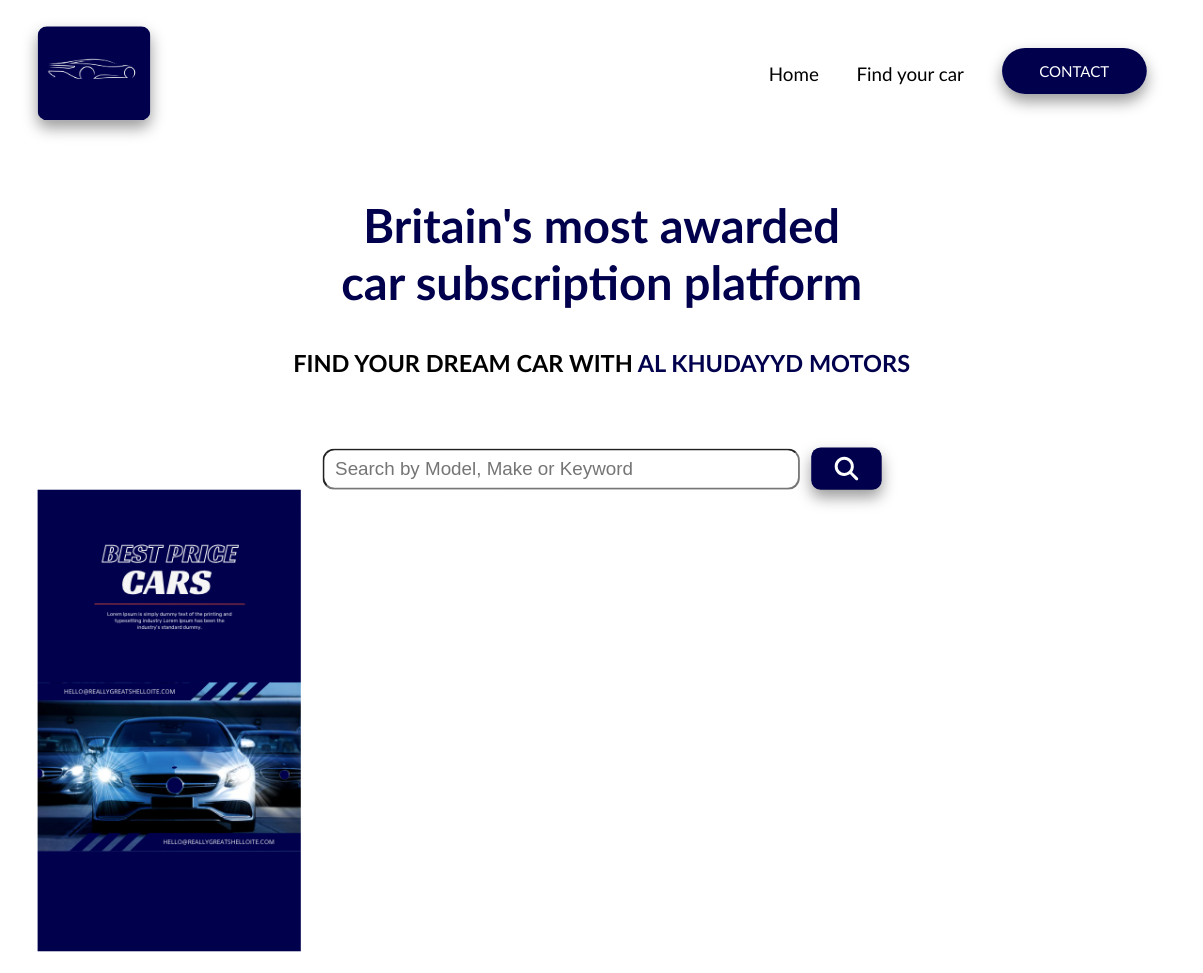
Repository: Al123Kudayyd/movie-project
Page: /
These files come from the project's save history. The page is drawn as it stood at one moment and after the next save; the edit follows.
The browser window is 1280 px wide. The pictures show the whole page, at 94% of full size.
The project was rebuilt for these pictures with package versions that can differ from the ones it lists, and the page was loaded fresh each time.

Above is the page before, as saved 2023-05-20 20:06:40.

### src/index.js
import React from 'react';
import ReactDOM from 'react-dom/client';
import './index.css';
import App from './App';
import reportWebVitals from './reportWebVitals';
import { library } from '@fortawesome/fontawesome-svg-core';
import { faMagnifyingGlass } from '@fortawesome/free-solid-svg-icons';

library.add(faMagnifyingGlass)

const root = ReactDOM.createRoot(document.getElementById('root'));
root.render(
  <React.StrictMode>
    <App />
  </React.StrictMode>
);

// If you want to start measuring performance in your app, pass a function
// to log results (for example: reportWebVitals(console.log))
// or send to an analytics endpoint. Learn more: https://bit.ly/CRA-vitals
reportWebVitals();

### src/index.css

html {
  font-family: 'Gill Sans', 'Gill Sans MT', Calibri, 'Trebuchet MS', sans-serif;
}

.row {
  width: 100%;
  max-width: 1200px;
  margin: 0 auto;
  padding: 0 24px;
}

.container {
  padding: 20px 0;
}

.nav-wrapper {
  display: flex;
  justify-content: space-between;
  align-items: center;
}

.nav-wrapper-lists {
  display: flex;
  list-style: none;
}

.nav-wrapper-list {
  margin: 0 20px;
  text-decoration: none;
}

.nav-wrapper-list-alt {
  margin: 0 20px;
  text-decoration: none;
}

.nav-link {
  text-decoration: none;
  color: black;
  font-weight: 100;
  font-size: 20px;
}

.nav-link-alt {
  text-decoration: none;
  background-color: #00004D;
  padding: 15px 40px;
  color: white;
  font-weight: 100;
  font-size: 16px;
  border-radius: 25px;
  box-shadow: 0 8px 16px 0 rgba(0, 0, 0, 0.4);
  transition: all 350ms ease;
}

.nav-link-alt:hover {
  opacity: 0.7;
}

.nav-img {
  width: 10%;
  height: 100px;
  border-radius: 10px;
  box-shadow: 0 8px 16px 0 rgba(0, 0, 0, 0.4);
}

#home {
  height: 100vh;
}

.main-title {
  text-align: center;
  font-size: 50px;
  color: #00004D;
  font-weight: 1000;
}

.main-desc {
  text-align: center;
  font-weight: 1000;
  font-size: 25px;
}

.blue {
  color: #00004D;
}

.main-wrapper {
  display: flex;
  justify-content: center;
  align-items: center;
  margin-top: 75px;
}

input {
  width: 40%;
  height: 40px;
  border-radius: 13px;
  padding: 0 12px;
  font-size: 20px;
}

.search-btn {
  background-color: #00004D;
  color: white;
  margin-left: 12px;
  padding: 10px 25px;
  font-size: 25px;
  font-weight: bolder;
  border-radius: 10px;
  cursor: pointer;
  box-shadow: 0 8px 16px 0 rgba(0, 0, 0, 0.4);
  transition: all 350ms ease;
}

.search-btn:hover {
  opacity: 0.7;
}

.main-wrapper-banner {
  display: flex;
}

### src/App.js
import { BrowserRouter as Router, Routes, Route } from 'react-router-dom';
import Home from './pages/Home';

function App() {
  return (
    <Router>
      <div>
        <Routes>
          <Route path='/' element={<Home />}></Route>
        </Routes>
      </div>
    </Router>

  );
}

export default App;

### src/pages/Home.jsx
import React from 'react'
import Navbar from '../UI/Navbar'
import { FontAwesomeIcon } from '@fortawesome/react-fontawesome';
import Car from '../assests/car.png'

export default function Home() {
  return (
    <div>
        <Navbar />
        <section id='home'>
            <div className="container">
                <div className="row">
                    <div className="main">
                        <h1 className="main-title">Britain's most awarded <br /> car subscription platform</h1>
                        <h3 className='main-desc'>FIND YOUR DREAM CAR WITH <span className='blue'>AL KHUDAYYD MOTORS</span></h3>
                        <div className="main-wrapper">
                            <input type="text" placeholder='Search by Model, Make or Keyword ' />
                            <FontAwesomeIcon icon='magnifying-glass' className='search-btn' />
                        </div>
                        <div className="main-banner">
                            <img src={Car} alt="" className="main-img" />
                        </div>
                    </div>
                </div>
            </div>
        </section>
    </div>
  )
}

### src/UI/Navbar.jsx
import React from 'react'
import Logo from '../assests/logo.png'
import '../index.css'

export default function Navbar() {
  return (
    <div className='navbar'>
        <div className="container">
            <div className="row">
                <div className="nav-wrapper">
                    <img src={Logo} alt="" className="nav-img" />
                    <ul className="nav-wrapper-lists">
                        <li className='nav-wrapper-list'><a className='nav-link' href="/">Home</a></li>
                        <li className='nav-wrapper-list'><a className='nav-link' href="">Find your car</a></li>
                        <li className='nav-wrapper-list-alt'><a className='nav-link-alt' href="">CONTACT</a></li>
                    </ul>
                </div>
            </div>
        </div>
    </div>
  )
}

Loaded but not shown: public/index.html (common file); src/reportWebVitals.js (common file)

After the next save:
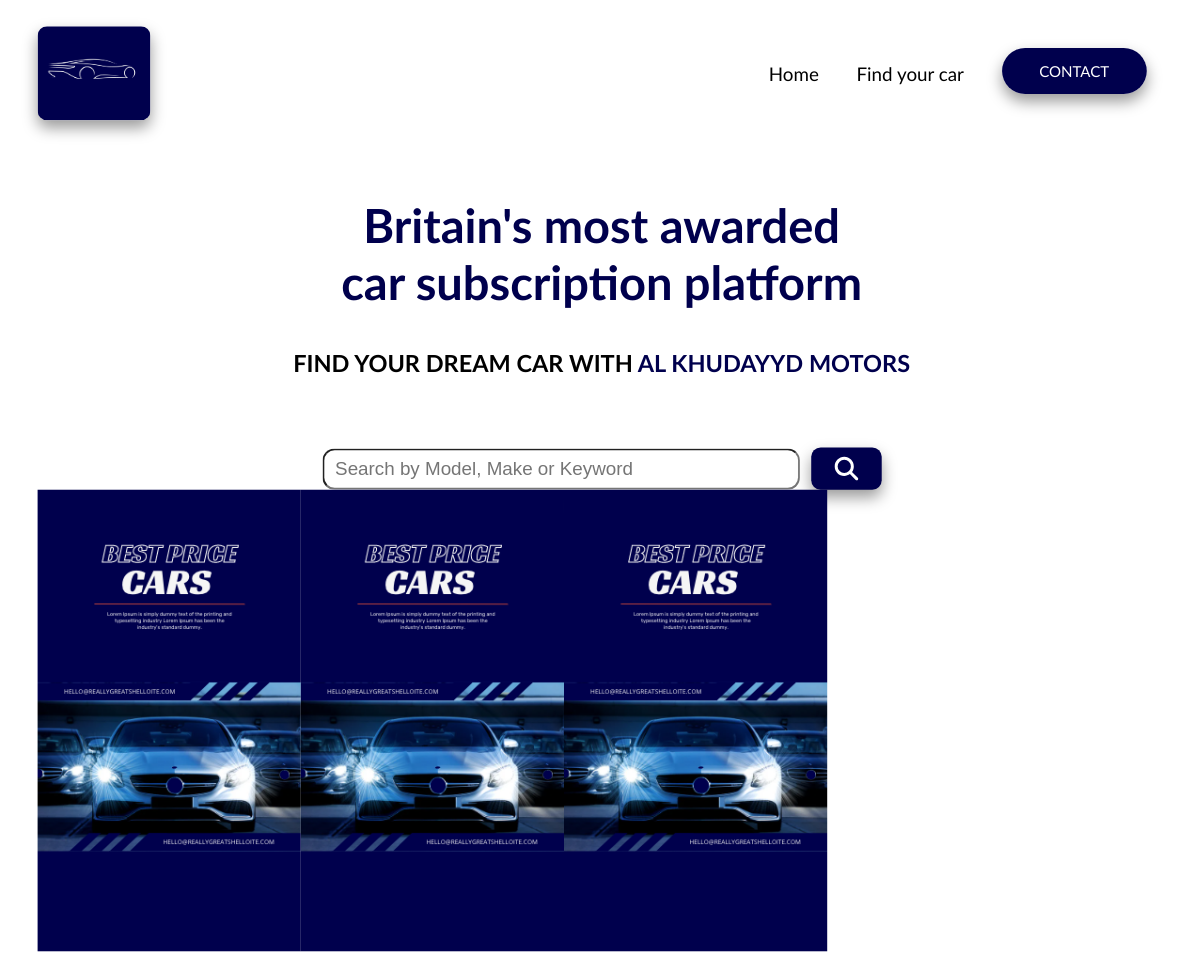
Saved 5 s later.
--- a/src/pages/Home.jsx
+++ b/src/pages/Home.jsx
@@ -19,6 +19,8 @@
                         </div>
                         <div className="main-banner">
                             <img src={Car} alt="" className="main-img" />
+                            <img src={Car} alt="" className="main-img" />
+                            <img src={Car} alt="" className="main-img" />
                         </div>
                     </div>
                 </div>
